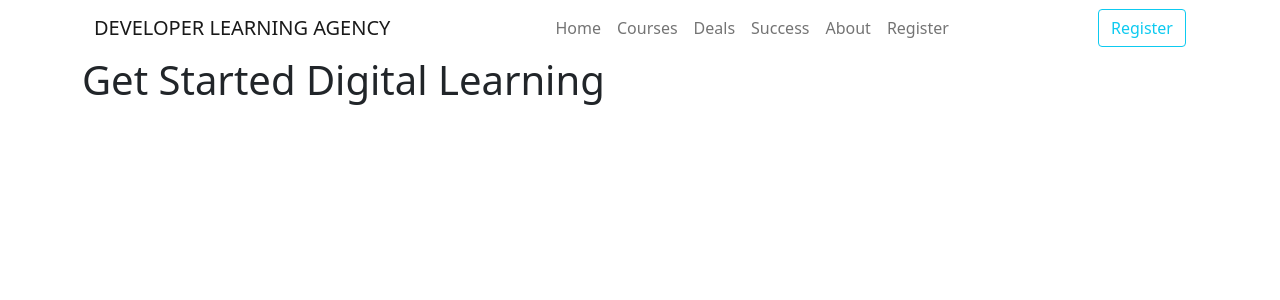
Repository: zjria/developer-learning-agency
Page: index.html
An editor plug-in stored every save of this project. The page is shown before and after the next save, followed by the edit.
The browser window is 1280 px wide. The pictures show the whole page.

Above is the page before, as saved 2022-10-11 10:43:42.

### index.html
<!DOCTYPE html>
<html lang="en">

<head>
    <meta charset="UTF-8">
    <meta http-equiv="X-UA-Compatible" content="IE=edge">
    <meta name="viewport" content="width=device-width, initial-scale=1.0">
    <title>developer learning agency</title>
    <!-- Bootstrap CSS Link -->
    <link href="https://cdn.jsdelivr.net/npm/bootstrap@5.0.2/dist/css/bootstrap.min.css" rel="stylesheet"
        integrity="sha384-EVSTQN3/azprG1Anm3QDgpJLIm9Nao0Yz1ztcQTwFspd3yD65VohhpuuCOmLASjC" crossorigin="anonymous">

    <!-- custom css link -->
    <link rel="stylesheet" href="css/style.css">
</head>

<body>
    <!-- <h1 class="text-center bg-success">Avoid hatred</h1> -->

    <!-- Header Section Start -->
    <header>
        <section class="container">
            <nav class="navbar navbar-expand-lg navbar-light">
                <div class="container-fluid">
                    <a class="navbar-brand text-uppercase" href="#">Developer learning agency</a>
                    <button class="navbar-toggler" type="button" data-bs-toggle="collapse"
                        data-bs-target="#navbarSupportedContent" aria-controls="navbarSupportedContent"
                        aria-expanded="false" aria-label="Toggle navigation">
                        <span class="navbar-toggler-icon"></span>
                    </button>
                    <div class="collapse navbar-collapse" id="navbarSupportedContent">

                        <ul class="navbar-nav m-auto mb-2 mb-lg-0">
                            <li class="nav-item">
                                <a class="nav-link" href="#">Home</a>
                            </li>
                            <li class="nav-item">
                                <a class="nav-link" href="#">Courses</a>
                            </li>
                            <li class="nav-item">
                                <a class="nav-link" href="#">Deals</a>
                            </li>
                            <li class="nav-item">
                                <a class="nav-link" href="#">Success</a>
                            </li>
                            <li class="nav-item">
                                <a class="nav-link" href="#">About</a>
                            </li>
                            <li class="nav-item">
                                <a class="nav-link" href="#">Register</a>
                            </li>
                        </ul>

                        <form class="d-flex">
                            <button class="btn btn-outline-info" type="submit">Register</button>
                        </form>
                    </div>
                </div>
            </nav>
            <div class="header-slider">
                <h1>Get Started Digital Learning</h1>
                <p></p>
            </div>
        </section>
    </header>









    <!-- Bootstrap JS link -->
    <script src="https://cdn.jsdelivr.net/npm/@popperjs/core@2.9.2/dist/umd/popper.min.js"
        integrity="sha384-IQsoLXl5PILFhosVNubq5LC7Qb9DXgDA9i+tQ8Zj3iwWAwPtgFTxbJ8NT4GN1R8p" crossorigin="anonymous">
    </script>
    <script src="https://cdn.jsdelivr.net/npm/bootstrap@5.0.2/dist/js/bootstrap.min.js"
        integrity="sha384-cVKIPhGWiC2Al4u+LWgxfKTRIcfu0JTxR+EQDz/bgldoEyl4H0zUF0QKbrJ0EcQF" crossorigin="anonymous">
    </script>

</body>

</html>

Loaded but not shown: css/style.css (no copy from this time; the picture is the same without it)

After the next save:
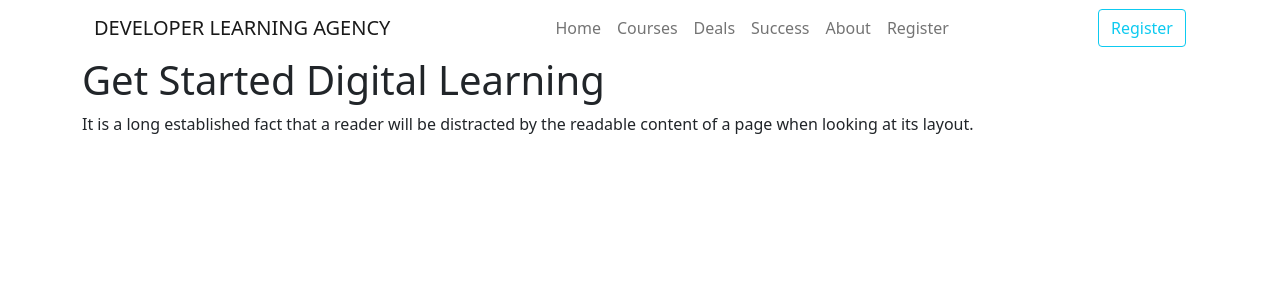
Saved 7 s later.
--- a/index.html
+++ b/index.html
@@ -59,7 +59,8 @@
             </nav>
             <div class="header-slider">
                 <h1>Get Started Digital Learning</h1>
-                <p></p>
+                <p>It is a long established fact that a reader will be distracted by the readable content of a page when
+                    looking at its layout.</p>
             </div>
         </section>
     </header>
